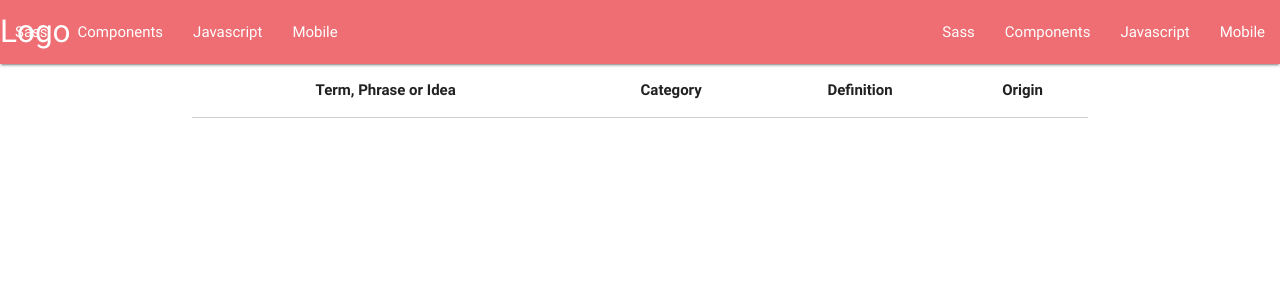
Repository: kalkiboru111/irish-dictionary-of-received-ideas
Page: http://localhost/
The author's editor kept a record of every edit. The page is drawn from the files as they stood at one moment, then again after the next edit.
The browser window is 1280 px wide. The pictures show the whole page.
Some web libraries are served in a nearby version. The page is served by the project's application, run on Flask 3 (app.py). Queries for data that is not in the repository find no rows.

Above is the page before.
Console error: TypeError: $(...).formSelect is not a function

### templates/terms.html

{% extends 'base.html' %}
{% block content %}

    <table class="highlight centered responsive-table">
        <thead>
          <tr>
              <th>Term, Phrase or Idea</th>
              <th>Category</th>
              <th>Definition</th>
              <th>Origin</th>
          </tr>
        </thead>
        <tbody>
        {% for term in terms %}
          <tr>
            <td>{{term.term_name}}</td>
            <td>{{term.term_category}}</td>
            <td>{{term.term_definition}}</td>
            <td>{{term.term_origin}}</td>
          </tr>
         {% endfor %}
        </tbody>
    </table>

{% endblock %}

### templates/base.html
<!DOCTYPE html>
<html>

<head>
    <link href="https://fonts.googleapis.com/icon?family=Material+Icons" rel="stylesheet">
    <link rel="stylesheet" href="https://cdnjs.cloudflare.com/ajax/libs/materialize/0.100.2/css/materialize.min.css">
    <link rel="stylesheet" href="{{url_for('static', filename='css/style.css')}}" type="text/css" />
    <script src="https://kit.fontawesome.com/845efe5847.js"></script>
</head>

<body>
    <header>
        <nav class="nav-extended">
            <div class="nav-wrapper">
                <a href="{{url_for('get_terms')}}" class="brand-logo">Logo</a>
                <a href="#" data-target="mobile-demo" class="sidenav-trigger"><i class="material-icons hide-on-med-and-up">menu</i></a>
                <ul class="right hide-on-med-and-down">
                    <li><a href="sass.html">Sass</a></li>
                    <li><a href="badges.html">Components</a></li>
                    <li><a href="collapsible.html">Javascript</a></li>
                    <li><a href="mobile.html">Mobile</a></li>
                </ul>
                <ul class="sidenav" id="mobile-demo">
                    <li><a href="sass.html">Sass</a></li>
                    <li><a href="badges.html">Components</a></li>
                    <li><a href="collapsible.html">Javascript</a></li>
                    <li><a href="mobile.html">Mobile</a></li>
                </ul>
            </div>
        </nav>

    </header>
    <div class="container">
        {% block content %} {% endblock %}
    </div>
    <script src="https://cdnjs.cloudflare.com/ajax/libs/jquery/3.2.1/jquery.min.js"></script>
    <script src="https://cdnjs.cloudflare.com/ajax/libs/materialize/0.100.2/js/materialize.min.js"></script>
    <script type="text/javascript">
        $(document).ready(function() {
            $('select').formSelect();
            $('.sidenav').sidenav();

        });
    </script>

</body>

</html>

### app.py
import os
from flask import Flask, render_template, redirect, request, url_for
from flask_pymongo import PyMongo
from bson.objectid import ObjectId

app = Flask(__name__)

app.config['MONGO_DBNAME'] = 'irish_dictionary'
app.config["MONGO_URI"] = os.getenv("MONGO_URI")

mongo = PyMongo(app)

@app.route('/')

# View directs user to terms page
@app.route('/get_terms')
def get_terms():
    return render_template("terms.html",
    terms=mongo.db.terms.find())

@app.route('/add_term')
def add_term():
    return render_template("add_term.html",
    categories=mongo.db.categories.find())

@app.route('/insert_term', methods=['POST'])
def insert_term():
    terms = mongo.db.terms
    terms.insert_one(request.form.to_dict())
    return redirect(url_for('get_terms'))

@app.route('/edit_term/<term_id>')
def editterm(term_id):
    the_term =  mongo.db.terms.find_one({"_id": ObjectId(term_id)})
    all_categories =  mongo.db.categories.find()
    return render_template('editterm.html', term=the_term,
                           categories=all_categories)

@app.route('/update_term/<term_id>', methods=['POST'])
def update_term(term_id):
    terms = mongo.db.terms
    terms.update( {"_id": ObjectId(term_id)},
    {   'term_name':request.form.get('term_name'),
        'category_name':request.form.get('category_name'),
        'term_definition': request.form.get('term_definition'),
        'term_origin':request.form.get('term_origin')
    })
    return redirect(url_for('get_terms'))

@app.route('/delete_term/<term_id>')
def delete_term(term_id):
    mongo.db.terms.remove({"_id": ObjectId(term_id)})
    return redirect(url_for('get_terms'))

if __name__ == '__main__':
    app.run(host=os.environ.get('IP'),
            port=int(os.environ.get('PORT')),
            debug=True)

### static/css/style.css
/* body {
    background-color: red;
}

After the next edit:
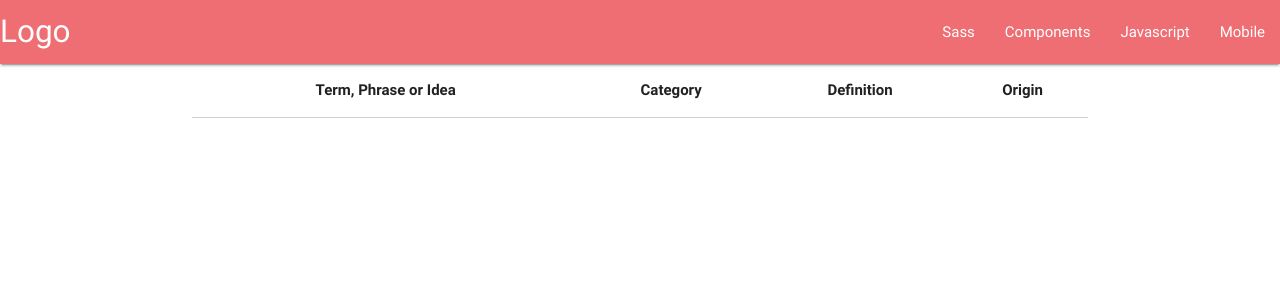
The edit:
--- a/templates/base.html
+++ b/templates/base.html
@@ -20,15 +20,8 @@
                     <li><a href="collapsible.html">Javascript</a></li>
                     <li><a href="mobile.html">Mobile</a></li>
                 </ul>
-                <ul class="sidenav" id="mobile-demo">
-                    <li><a href="sass.html">Sass</a></li>
-                    <li><a href="badges.html">Components</a></li>
-                    <li><a href="collapsible.html">Javascript</a></li>
-                    <li><a href="mobile.html">Mobile</a></li>
-                </ul>
             </div>
         </nav>
-
     </header>
     <div class="container">
         {% block content %} {% endblock %}
